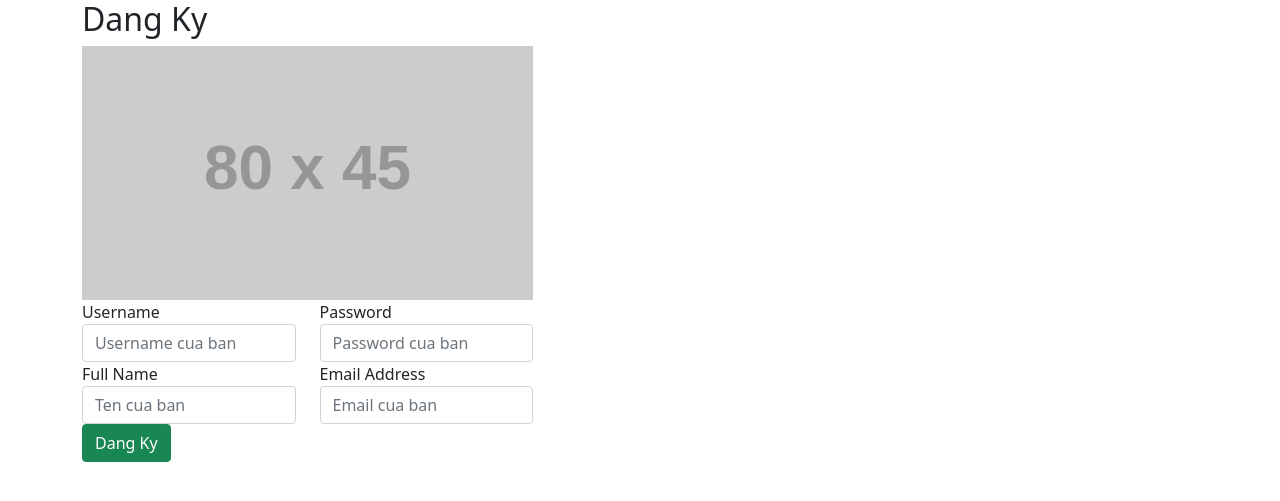
Repository: kiennd3921/AssJava4
Page: http://localhost/Assignment/view/auth/DangKy.jsp
The author's editor kept a copy of each file at every save. The page is drawn from the files as they stood at one save, then again after the next save.
The browser window is 1280 px wide. The pictures show the whole page.
The page is served by Tomcat 9.

Above is the page before, as saved 2021-04-17 15:34:19.

After the next save:
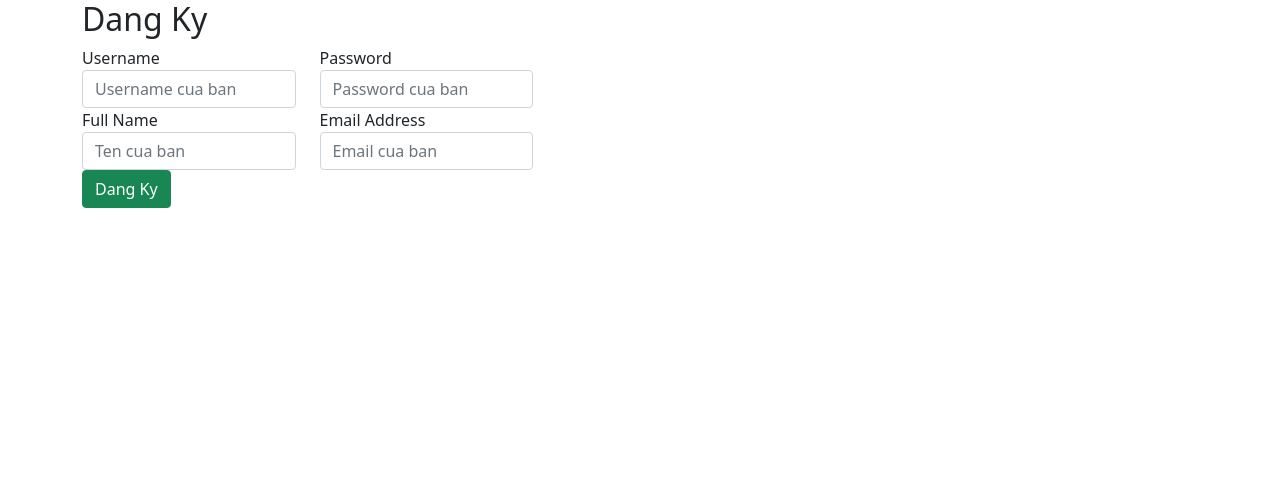
Saved 38 s later.
--- a/PT15307-UD/Assignment/WebContent/view/auth/DangKy.jsp
+++ b/PT15307-UD/Assignment/WebContent/view/auth/DangKy.jsp
@@ -21,10 +21,7 @@
 			<div class="col-md-5">
 				<form>
 					<h2>Dang Ky</h2>
-					<div class="row">
-						<img src="https://via.placeholder.com/80x45"
-								class="card-img-top" alt="Card image cap">
-					</div>
+
 					<div class="row">
 						<div class="col">
 							<label>Username</label> <input type="text" class="form-control"
